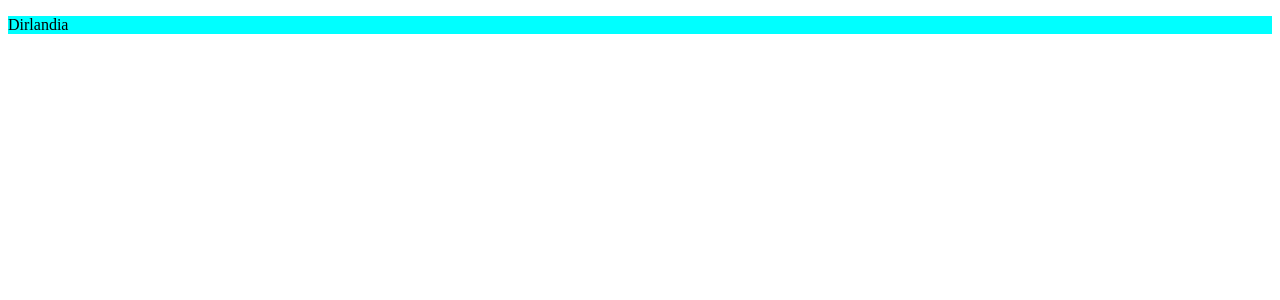
Repository: Dirlandia404/pomodoro
Page: /
An editor plug-in stored every save of this project. The page is shown before and after a run of saves, followed by the edit.
The browser window is 1280 px wide. The pictures show the whole page.
The project was rebuilt for these pictures with package versions that can differ from the ones it lists, and the page was loaded fresh each time.

Above is the page before, as saved 2021-11-24 22:54:53.

### public/index.html
<!DOCTYPE html>
<html lang="en">

<head>
  <meta charset="utf-8" />
  <link rel="icon" href="%PUBLIC_URL%/image 1.png" />
  <meta name="viewport" content="width=device-width, initial-scale=1" />
  <meta name="theme-color" content="#000000" />
  <meta name="description" content="Web site created using create-react-app" />
  <link rel="apple-touch-icon" href="%PUBLIC_URL%/logo192.png" />
  <!--
      manifest.json provides metadata used when your web app is installed on a
      user's mobile device or desktop. See https://developers.google.com/web/fundamentals/web-app-manifest/
    -->
  <link rel="manifest" href="%PUBLIC_URL%/manifest.json" />
  <!--
      Notice the use of %PUBLIC_URL% in the tags above.
      It will be replaced with the URL of the `public` folder during the build.
      Only files inside the `public` folder can be referenced from the HTML.

      Unlike "/favicon.ico" or "favicon.ico", "%PUBLIC_URL%/favicon.ico" will
      work correctly both with client-side routing and a non-root public URL.
      Learn how to configure a non-root public URL by running `npm run build`.
    -->
  <title>Pomodoro Clock</title>
</head>

<body>
  <noscript>You need to enable JavaScript to run this app.</noscript>
  <div id="root"></div>
  <!--
      This HTML file is a template.
      If you open it directly in the browser, you will see an empty page.

      You can add webfonts, meta tags, or analytics to this file.
      The build step will place the bundled scripts into the <body> tag.

      To begin the development, run `npm start` or `yarn start`.
      To create a production bundle, use `npm run build` or `yarn build`.
    -->
</body>

</html>

### src/index.jsx
import React from "react";
import ReactDOM from "react-dom";
import Clock from "./componentes/Primeiro";

function App() {
    const  tempo ={time:25};

    return(
        <div className="App">
            <Clock trabalho={tempo} />
        </div>
    );
}
ReactDOM.render(
    <App />,
    document.getElementById("root")
)

### src/componentes/Primeiro.jsx
import { useEffect, useState } from "react";
import "./componente.css";

function Clock(props){
  const [time, setTime] = useState(25);

    const tick = () =>{
        if(time === 0){
            reset();
        }else{
            setTime([time -1]);
        }
    }
    const reset = () => setTime(parseInt(time));

    useEffect(() =>{
        const timerId = setInterval(() => tick, 60);
        return () => clearInterval(timerId)
    })
    return (
        <main>
           <p>Dirlandia</p>
        </main>
    );
}

export default Clock

Loaded but not shown: src/componentes/componente.css (common file)

After the next 3 saves:
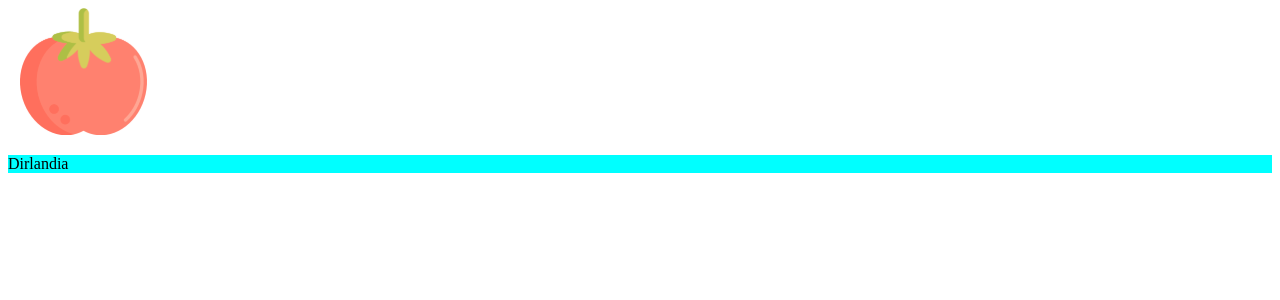
The 3 saves are shown as one change because 2 did not build or start.
The last was saved 7 min 21 s later.
--- a/src/componentes/Primeiro.jsx
+++ b/src/componentes/Primeiro.jsx
@@ -1,5 +1,7 @@
 import { useEffect, useState } from "react";
 import "./componente.css";
+import Img from "react-images";
+import Tomate from "./tomato.svg";
 
 function Clock(props){
   const [time, setTime] = useState(25);
@@ -19,6 +21,9 @@ function Clock(props){
     })
     return (
         <main>
+            <form action="">
+                <img src="./images/tomato.svg" alt="" />
+            </form>
            <p>Dirlandia</p>
         </main>
     );
